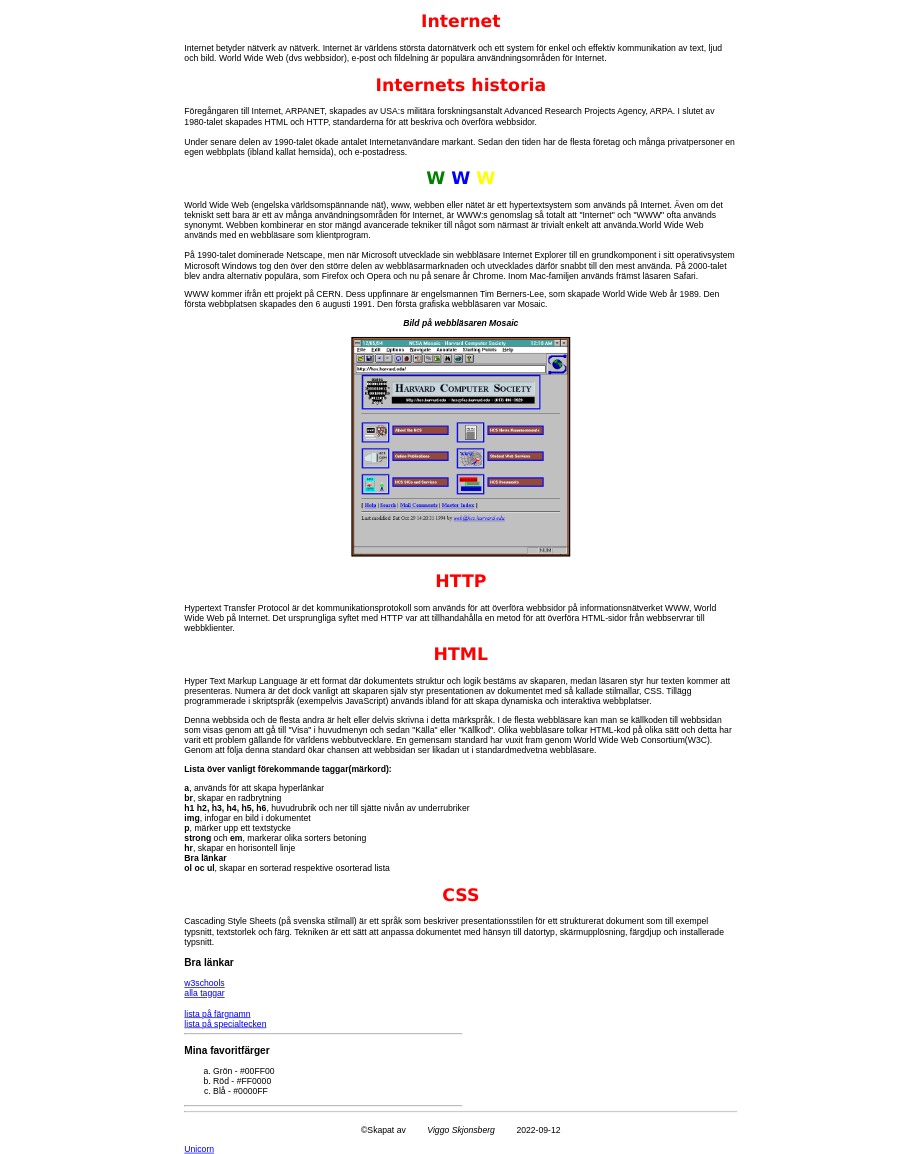
Repository: ViggoSkj/VGY
Page: ovningar/ovning2/ovning2.html
An editor plug-in stored every save of this project. The page is shown before and after the next save, followed by the edit.
The browser window is 1280 px wide. The pictures show the whole page, at 72% of full size.

Above is the page before, as saved 2022-11-27 11:32:26.

### ovningar/ovning2/ovning2.html
<!DOCTYPE html>
<html lang="en">
    <head>
        <meta charset="UTF-8">
        <meta http-equiv="X-UA-Compatible" content="IE=edge">
        <meta name="viewport" content="width=device-width, initial-scale=1.0">
        <title>Övning 3</title>


        <link rel="stylesheet" href="public/css/style.css">
    </head>
    <body class="ovning-2">
        <div class="container">
            <h1>Internet</h1>
            <p>Internet betyder nätverk av nätverk. Internet är världens största datornätverk och ett system för enkel och effektiv kommunikation av text, ljud och bild. World Wide Web (dvs webbsidor), e-post och fildelning är populära användningsområden för Internet.</p>

            <h1>Internets historia</h1>
            <p>Föregångaren till Internet, ARPANET, skapades av USA:s militära forskningsanstalt Advanced Research Projects Agency, ARPA. I slutet av 1980-talet skapades HTML och HTTP, standarderna för att beskriva och överföra webbsidor.

                <br/>
                <br/>
                Under senare delen av 1990-talet ökade antalet Internetanvändare markant. Sedan den tiden har de flesta företag och många privatpersoner en egen webbplats (ibland kallat hemsida), och e-postadress.</p>
            <p></p>

            <h1><span class="green">W</span> <span class="blue">W</span> <span class="yellow">W</span></h1>
            <p>World Wide Web (engelska världsomspännande nät), www, webben eller nätet är ett hypertextsystem som används på Internet.
                Även om det tekniskt sett bara är ett av många användningsområden för Internet, är WWW:s genomslag så totalt att "Internet" och "WWW" ofta används synonymt. Webben kombinerar en stor mängd avancerade tekniker till något som närmast är trivialt enkelt att använda.World Wide Web används med en webbläsare som klientprogram.
                <br/>
                <br/>
                På 1990-talet dominerade Netscape, men när Microsoft utvecklade sin webbläsare Internet Explorer till en grundkomponent i sitt operativsystem Microsoft Windows tog den över den större delen av webbläsarmarknaden och utvecklades därför snabbt till den mest använda. På 2000-talet blev andra alternativ populära, som Firefox och Opera och nu på senare år Chrome.
                Inom Mac-familjen används främst läsaren Safari.</p>

            <p>WWW kommer ifrån ett projekt på CERN. Dess uppfinnare är engelsmannen Tim Berners-Lee, som skapade World Wide Web år 1989. Den första webbplatsen skapades den 6 augusti 1991. Den första grafiska webbläsaren var Mosaic.</p>

            <div class="image-div">
                <p><em><strong>Bild på webbläsaren Mosaic</strong></em></p>
                <img src="public/images/browser1.gif" alt="Bild på webbläsaren Mosaic" width="300">
            </div>

            <h1>HTTP</h1>
            <p>Hypertext Transfer Protocol är det kommunikationsprotokoll som används för att överföra webbsidor på
                informationsnätverket WWW, World Wide Web på Internet. Det ursprungliga syftet med HTTP var att tillhandahålla
                en metod för att överföra HTML-sidor från webbservrar till webbklienter.</p>

            <h1>HTML</h1>
            <p>Hyper Text Markup Language är ett format där dokumentets struktur och logik bestäms av skaparen, medan läsaren styr hur texten kommer att presenteras. Numera är det dock vanligt att skaparen själv styr presentationen av dokumentet med så kallade stilmallar, CSS. Tillägg programmerade i skriptspråk (exempelvis JavaScript) används ibland för att skapa dynamiska och interaktiva webbplatser.</p>
            Denna webbsida och de flesta andra är helt eller delvis skrivna i detta märkspråk. I de flesta webbläsare kan man se källkoden till webbsidan som visas genom att gå till "Visa" i huvudmenyn och sedan "Källa" eller "Källkod". Olika webbläsare tolkar HTML-kod på olika sätt och detta har varit ett problem gällande för världens webbutvecklare. En gemensam standard har vuxit fram genom World Wide Web Consortium(W3C). Genom att följa denna standard ökar chansen att webbsidan ser likadan ut i standardmedvetna webbläsare.</p>
            <p><strong>Lista över vanligt förekommande taggar(märkord):</strong></p>
            <strong>a</strong>, används för att skapa hyperlänkar<br/>
            <strong>br</strong>, skapar en radbrytning<br/>
            <strong>h1 h2, h3, h4, h5, h6</strong>, huvudrubrik och ner till sjätte nivån av underrubriker<br/>
            <strong>img</strong>, infogar en bild i dokumentet<br/>
            <strong>p</strong>, märker upp ett textstycke<br/>
            <strong>strong</strong> och <strong>em</strong>, markerar olika sorters betoning<br/>
            <strong>hr</strong>, skapar en horisontell linje<br/>
            <strong>Bra länkar</strong><br/>
            <strong>ol oc ul</strong>, skapar en sorterad respektive osorterad lista</p>

            <h1>CSS</h1>
            <p>
                Cascading Style Sheets (på svenska stilmall) är ett språk som beskriver presentationsstilen för ett
                strukturerat dokument som till exempel typsnitt, textstorlek och färg. Tekniken är ett sätt att anpassa
                dokumentet med hänsyn till datortyp, skärmupplösning, färgdjup och installerade typsnitt.
            </p>


            <h3>Bra länkar</h3>
            <a href="http://www.w3schools.com/" target="_blank">w3schools </a>
            <br/>
            <a href="http://www.w3schools.com/tags/default.asp" target="_blank">alla taggar</a>
            <br>
            <br>
            <a href="http://www.w3schools.com/tags/ref_colornames.asp" target="_blank">lista på färgnamn</a>
            <br>
            <a href="http://www.w3schools.com/html/html_entities.asp" target="_blank">lista på specialtecken</a>

            <hr class="s"/>

            <h3>Mina favoritfärger</h3>
            <ol>
                <li>Grön - #00FF00 </li>
                <li>Röd - #FF0000</li>
                <li>Blå - #0000FF</li>
            </ol>

            <hr class="s"/>
            <hr/>

            <div class="bottom">
                <p class="right">&#169Skapat av</p>
                <p class="center"><em> Viggo Skjonsberg</em></p>
                <p class="left">2022-09-12</p>
            </div>
        </div>

        <div id="myfooter">
            <a href="https://validator.w3.org/unicorn/check?ucn_uri=labb.vgy.se/~viggosg/ovningar/ovning2.html&ucn_task=conformance">Unicorn</a>
         </div>
    </body>
</html>

### ovningar/ovning2/public/css/style.css
body.ovning-2
{
    width: 60%;
    margin: auto;
    font-size: 12px;
    font-family: Arial, Helvetica, sans-serif;
}

body.ovning-2 h1
{
    font-family: Verdana, Geneva, Tahoma, sans-serif;
    text-align: center;
    color: red;
}

body.ovning-2 .image-div
{
    text-align: center;
    align-items: center;
}

body.ovning-2 img
{
    border-width: 2px;
    border-style: solid;
    color: black;
}

body.ovning-2 .bottom
{
    display: grid;
    grid-template-columns: auto 20%  auto;
}

body.ovning-2 .s
{
    margin-right: 100%;
    width: 50%;
}

body.ovning-2 .left
{
    text-align: left;
}
body.ovning-2 .right
{
    text-align: right;
}
body.ovning-2 .center
{
    text-align: center;
}
body.ovning-2 ol
{
    list-style-type:lower-latin;
}
body.ovning-2 .yellow
{
    color: yellow;
}
body.ovning-2 .green
{
    color: green;
}
body.ovning-2 .blue
{
    color: blue;
}

After the next save:
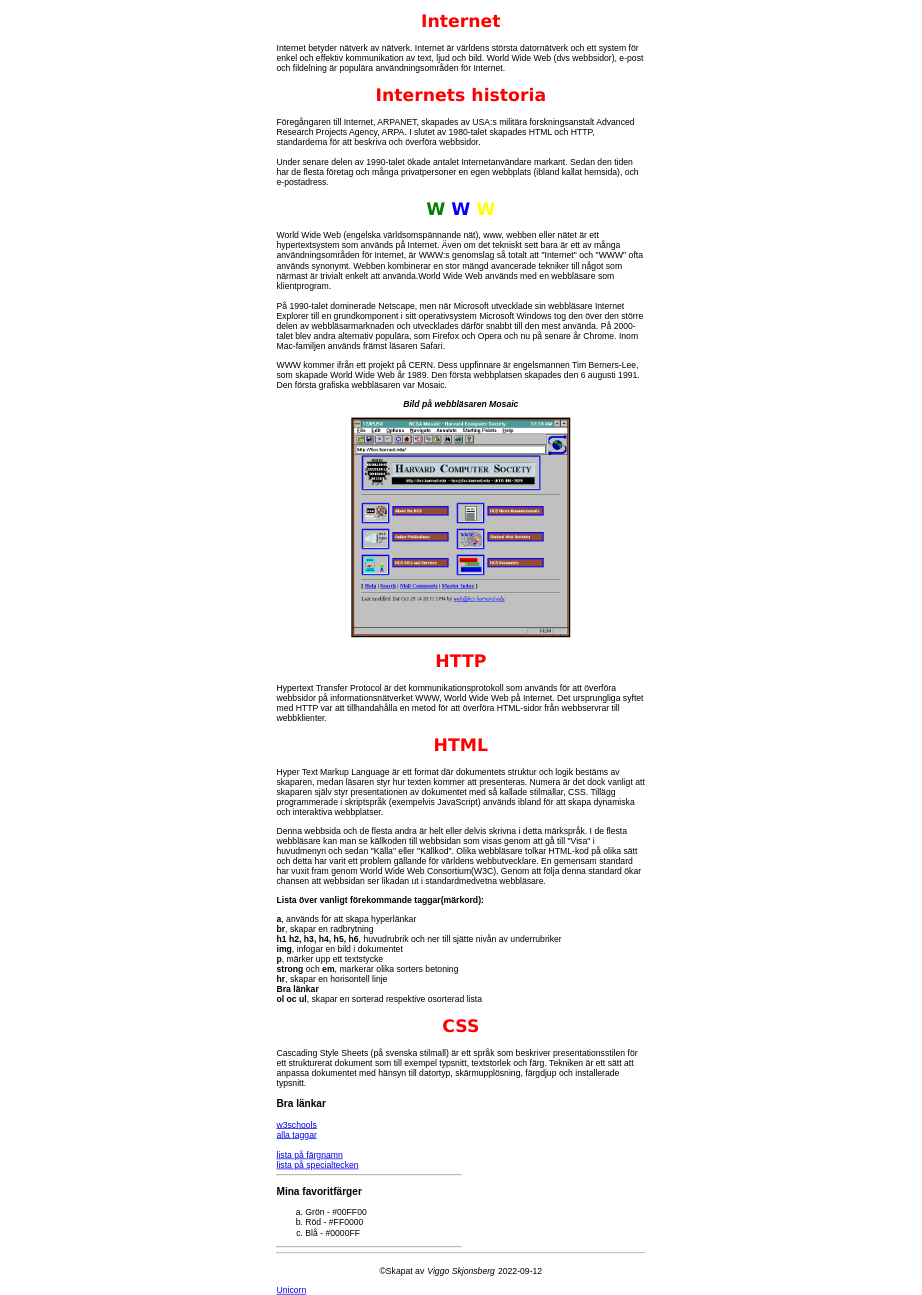
Saved 5 s later.
--- a/ovningar/ovning2/public/css/style.css
+++ b/ovningar/ovning2/public/css/style.css
@@ -1,6 +1,6 @@
 body.ovning-2
 {
-    width: 60%;
+    width: 40%;
     margin: auto;
     font-size: 12px;
     font-family: Arial, Helvetica, sans-serif;
